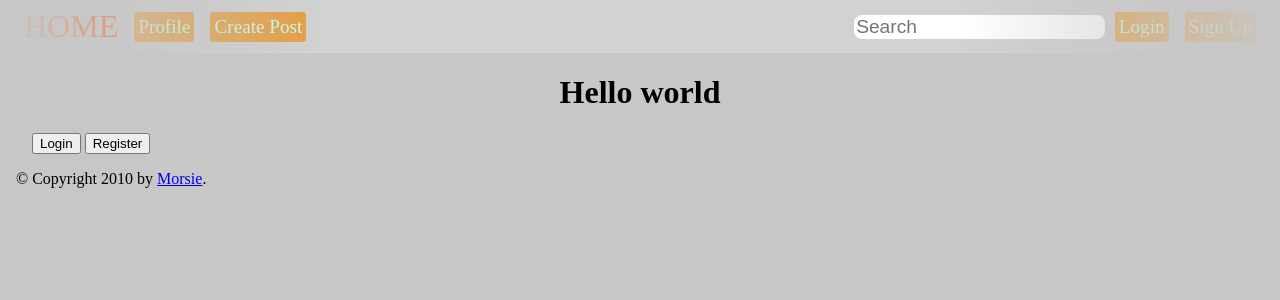
Repository: MorsChen/python-blog
Page: templates/home.html
An editor plug-in stored every save of this project. The page is shown before and after the next save, followed by the edit.
The browser window is 1280 px wide. The pictures show the whole page.
The page is served by the project's application, run on Flask 3 (default.py). The template is opened directly, without the code that normally fills it, so the values that code supplies are empty.

Above is the page before, as saved 2019-09-09 17:19:13.

### templates/home.html
{% extends 'index.html' %}

{% block content %}
<h1 style="text-align:center"> Hello world </h1>

{% if not current_user.is_authenticated %}
{% for post in posts %}
<li> {{post.title}} || {{post.body}} || {{post.users.username}} || {{post.created}} || {{post.updated}}
</li>

{%endfor%}
<button type="button" onclick="window.location.href=`{{url_for('login')}}`"> Login</button>
<button type="button" onclick="window.location.href=`{{url_for('register')}}`"> Register</button>
{% else %}
<h3>{{current_user.username}}</h3>
{% for post in posts %}
<li> <a href="{{url_for('single_post', id = post.id)}}">{{post.title}}</a> || {{post.body}} || {{post.users.username}} || {{post.created}} || {{post.updated}}
    <button type='button' onclick = "window.location.href=`{{url_for('editpost', id = post.id)}}`">Edit Post</button>
    <button type='button' onclick = "window.location.href=`{{url_for('new_comment', id = post.id)}}`">Comment</button>
</li>
{%endfor%}
<button type="button" onclick="window.location.href=`{{url_for('newpost')}}`"> Create New Post</button>
<button type="button" onclick="window.location.href=`{{url_for('profile')}}`"> Profile</button>
<button type="button" onclick="window.location.href=`{{url_for('logout')}}`"> Log Out</button>
{% endif %}
{% endblock %}

### templates/index.html
<!doctype html>
<html id="  ">
  <head>
    {% block head %}
    <link rel="stylesheet" href="{{ url_for('static', filename='style.css') }}">
    <title>{% block title %}{% endblock %} - My Blog Webpage</title>
    {% endblock %}
  </head>
  <body>
      <nav class="NavBar">
        <div class="nav-box-content">
            <div class="nav-box1">
                <a class="a-nav" href="{{url_for('main')}}">HOME</a>
                <a class="btn" href="{{url_for('profile')}}">Profile</a>
                <a class="btn" href="{{url_for('newpost')}}">Create Post</a>
            </div>
            <div class="nav-box2">
                <input class="ip-nav" placeholder="Search" >
                <a class="btn" href="{{url_for('login')}}">Login</a>
                <a class="btn" href="{{url_for('register')}}">Sign Up</a>

            </div>
        </div>
      </nav>

      <div id="content">
          {% with messages = get_flashed_messages(with_categories=true) %}
          <!-- Categories: success (green), info (blue), warning (yellow), danger (red) -->
          {% if messages %}
            {% for category, message in messages %}
              <div class="alert alert-{{ category }} alert-dismissible" role="alert">
              <button type="button" class="close" data-dismiss="alert" aria-label="Close"><span aria-hidden="true">&times;</span></button>
              <!-- <strong>Title</strong> --> {{ message }}
              </div>
            {% endfor %}
          {% endif %}
        {% endwith %}

    <div id="content">{% block content %}{% endblock %}</div>
    <div id="footer">
      {% block footer %}
      &copy; Copyright 2010 by <a href="http://domain.invalid/">Morsie</a>.
      {% endblock %}
    </div>
  </body>
</html>

### default.py
import os
from flask import Flask, request, render_template, redirect, url_for, flash
from flask_migrate import Migrate
from flask_sqlalchemy import SQLAlchemy
from werkzeug.security import generate_password_hash, check_password_hash
from datetime import datetime
from flask_wtf import FlaskForm
from wtforms import StringField, SubmitField, PasswordField
from wtforms.validators import DataRequired, Email, EqualTo, ValidationError, Length
from flask_login import LoginManager, UserMixin, login_user, logout_user, current_user, login_required

#setting
app = Flask(__name__)
db = SQLAlchemy(app)
app.config['SECRET_KEY']="SUPERSECRET"

migrate = Migrate(app,db)

login_manager = LoginManager(app)
login_manager.init_app(app)
login_manager.login_view = 'login'


#setting connection
POSTGRES = {
    'user': "khoa",
    'pw': "zzz",
    'db': 'bloghehe',
    'host': "localhost",
    'port': 5432,
}
app.config['SQLALCHEMY_DATABASE_URI'] = 'postgresql://%(user)s:%(pw)s@%(host)s:\
%(port)s/%(db)s' % POSTGRES







#define models

class Users(UserMixin, db.Model):
  id = db.Column(db.Integer, primary_key=True)
  username = db.Column(db.String, nullable=False, unique=True)
  email = db.Column(db.String, nullable=False, unique=True)
  password = db.Column(db.String, nullable=False)
  posts = db.relationship("Posts", backref="users", lazy="dynamic")
  comments = db.relationship("Comments", backref="users", lazy="dynamic")

  def set_pass(self,passw):
    self.password =  generate_password_hash(passw)
  def check_pass(self,passw):
    return check_password_hash(self.password,passw)

class Posts(db.Model):
  id = db.Column(db.Integer, primary_key=True)
  title = db.Column(db.String, nullable=False)
  body = db.Column(db.String, nullable=False)
  created = db.Column(db.DateTime, nullable=False)
  updated = db.Column(db.DateTime)
  author =  db.Column(db.Integer, db.ForeignKey('users.id'), nullable=False)
  comments = db.relationship('Comments', backref="posts", lazy="dynamic")

class Comments(db.Model):
  id = db.Column(db.Integer, primary_key=True)
  body = db.Column(db.String, nullable=False)
  created = db.Column(db.DateTime, nullable=False)
  updated = db.Column(db.DateTime)
  author =  db.Column(db.Integer, db.ForeignKey('users.id'), nullable=False)
  post = db.Column(db.Integer, db.ForeignKey('posts.id'), nullable=False)

db.create_all()


@login_manager.user_loader
def load_user(user_id):
    return Users.query.get(user_id)



#define forms
class Register(FlaskForm):
  username = StringField("User Name", validators=[DataRequired("Please input your username"), Length(min=3, max=20, message="username must have at least 3 char and max 20 chars")])
  email = StringField("Email address", validators=[DataRequired(), Email("Please input an appropriate email address")])
  password = StringField("Password", validators=[DataRequired(), EqualTo("confirm")])
  confirm = StringField("Password", validators=[DataRequired()])
  submit = SubmitField("Register")

  def validate_username(self, field):
        if Users.query.filter_by(username=field.data).first() :
            raise ValidationError("Your username has been registered!!")
  def validate_email(self, field):
        if Users.query.filter_by(email=field.data).first() :
            raise ValidationError("Your email has been registered!!")


class Login(FlaskForm):
  email = StringField("Email address", validators=[DataRequired(), Email("Please input an appropriate email address")])
  password = PasswordField("Password", validators=[DataRequired()])
  submit = SubmitField("Login")

class NewPost(FlaskForm):
  title = StringField("Blog Title", validators=[DataRequired(), Length(min=3,max=255, message="min 3, max 255")])
  body = StringField("Content", validators=[DataRequired(), Length(min=3,max=10000, message="min 3, max 10000")])
  submit = SubmitField("Post")

class New_comment(FlaskForm):
  body = StringField("Comment content", validators=[DataRequired(), Length(min=3, max=1000, message="min 3, max 1000")])
  submit = SubmitField("Comment")

@app.route('/register', methods=['post','get'])
def register():
  form = Register()

  if request.method=="POST":
    if form.validate_on_submit():
      new_user = Users(username = form.username.data,
                        email = form.email.data,
                        )
      new_user.set_pass(form.password.data)
      db.session.add(new_user)
      db.session.commit()
      return redirect(url_for("home"))
    else:
      for field_name, errors in form.errors.items():
          flash(errors)
      return redirect((url_for('register')))
  return render_template('register.html', form = form)

@app.route('/login', methods=['post','get'])
def login():
  form = Login()
  if request.method == 'POST':
    check = Users.query.filter_by(email=form.email.data).first()
    if check :
      if check.check_pass(form.password.data):
        login_user(check)
        return redirect(url_for("home"))
    else:
      flash(["email address not exist"])
      return redirect(url_for('register'))
  return render_template('login.html', form = form)

@app.route('/logout')
@login_required
def logout():
  logout_user()
  return redirect(url_for('login'))

@app.route('/')
def home():
  posts = Posts.query.all()
  return render_template('index.html', posts = posts)


@app.route('/newpost', methods=['post', 'get'])
@login_required
def newpost():
  form = NewPost()
  if request.method == 'POST':
    new_post = Posts(title=form.title.data,
                    body=form.body.data,
                    created = datetime.now())
    current_user.posts.append(new_post)
    db.session.add(new_post)
    db.session.commit()
    return "ok"
  return render_template('newpost.html', form=form)

@app.route('/editpost/<id>', methods=['post','get'])
@login_required
def edit_post(id):
  form = NewPost()
  post = Posts.query.filter_by(id=id, author = current_user.id).first()
  if not post:
    flash([["you are not allowed to edit this post"]])
    return redirect(url_for("home"))
  else:
    if request.method == 'POST':
      post.title = form.title.data
      post.body = form.body.data
      post.updated = datetime.now()
      db.session.commit()
      return "ok"
      # return redirect(url_for('post'))
  return render_template('editpost.html', form = form )

@app.route('/delete_post/<id>', methods=['get'])
@login_required
def delete_post(id):
  post = Posts.query.filter_by(id=id, author=current_user.id).first()
  if post:
    db.session.delete(post)
    db.session.commit()
  else:
    flash(['You are not allowed to delete this post'])
  return redirect(url_for('home'))

@app.route('/single_post/<id>', methods=['get'])
def single_post(id):
  post = Posts.query.filter_by(id=id).first()  # 1 item
  comments = post.comments.all()  # a list
  return render_template('single_post.html', post = post, comments = comments)


@app.route('/posts/<id>/comments', methods=['POST','GET'])
def new_comment(id):
  form = New_comment()
  if request.method == 'POST':
    if form.validate_on_submit():
      post = Posts.query.filter_by(id=id).first()
      c = Comments(body=form.body.data,
                    created = datetime.now(),
                    # author = current_user.id,
                    )
      current_user.comments.append(c) # autho
      post.comments.append(c)      # post
      db.session.add(c)
      db.session.commit()
      return redirect(url_for('single_post', id=id))
    else:
      for field_name, errors in form.errors.items():
          flash(errors)
      return redirect((url_for('new_comment')))
  return render_template('new_comment.html', form = form)



@app.route('/khoa', methods=['get','options',"DELETE"])
def khoa():
  if request.method == "DELETE":
    return "KHOA IS COOL"
  return "NOPE"


if __name__ == "__main__":
  app.run(debug=True, port=5001)

### static/style.css
body{
    background-color: rgb(199, 199, 199);
    margin: 0;
}

.NavBar {
 /* background-color: rgb(255, 208, 0); */
 mask-image: linear-gradient(90deg, rgba(255, 255, 255, 0) 0%, #ffffff 25%, #ffffff 75%, rgba(255, 255, 255, 0) 100%);
}

.nav-box-content{
    display: flex;
    position: sticky;
    /* margin: 0.5rem; */
    justify-content: space-between;
    top: 0;
    padding: 0 1rem 0 1rem;
    text-align: center;
    align-items: center;
    align-content: center;
    background-color: rgba(70, 128, 136, 0.514);
    /* opacity: 0.5; */
    font-size: 3rem;
    background: linear-gradient(90deg, rgba(255, 255, 255, 0) 0%, rgba(255, 255, 255, 0.2) 25%, rgba(255, 255, 255, 0.2) 75%, rgba(255, 255, 255, 0) 100%);

    box-shadow: 0 0 25px rgba(0, 0, 0, 0.1), inset 0 0 1px rgba(255, 255, 255, 0.6);
}

.nav-box1 {
    display: flex;
    text-align: center;
    align-items: center;
    align-content: center;
}

.nav-box2 {
    display: flex;
    text-align: center;
    align-items: center;
    align-content: center;
}

.a-nav {
    text-decoration: none;
    font-size: 2rem;
    color: rgb(255, 81, 0);
    margin: 0.5rem;
}

.ip-nav{
    border: none;
    font-size: 1.2rem;
    border-radius: 0.5rem;
    text-justify: center;
    margin: 0.1rem;
    padding:0,1rem;
    text-align: left;
}

.btn {
    border: none;
    text-decoration: none;
    border-radius: 0.2rem;
    background-color: rgb(228, 158, 67);
    text-align: center;
    text-justify: center;
    padding: 0.25rem;
    margin: 0.5rem;
    color: rgb(196, 255, 237);
    font-size: 1.2rem;
}

#content {
    margin: 1rem;
}

After the next save:
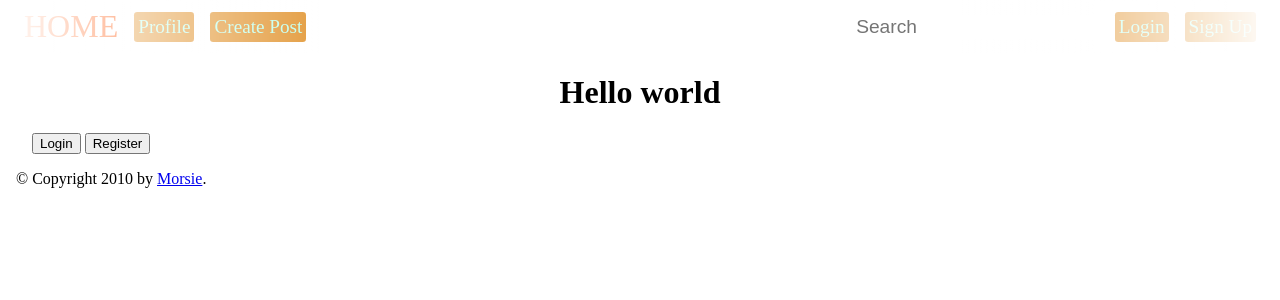
Saved 40 s later.
--- a/static/style.css
+++ b/static/style.css
@@ -1,5 +1,5 @@
 body{
-    background-color: rgb(199, 199, 199);
+    /* background-color: rgb(199, 199, 199); */
     margin: 0;
 }
 
@@ -22,7 +22,6 @@ body{
     /* opacity: 0.5; */
     font-size: 3rem;
     background: linear-gradient(90deg, rgba(255, 255, 255, 0) 0%, rgba(255, 255, 255, 0.2) 25%, rgba(255, 255, 255, 0.2) 75%, rgba(255, 255, 255, 0) 100%);
-
     box-shadow: 0 0 25px rgba(0, 0, 0, 0.1), inset 0 0 1px rgba(255, 255, 255, 0.6);
 }
 
